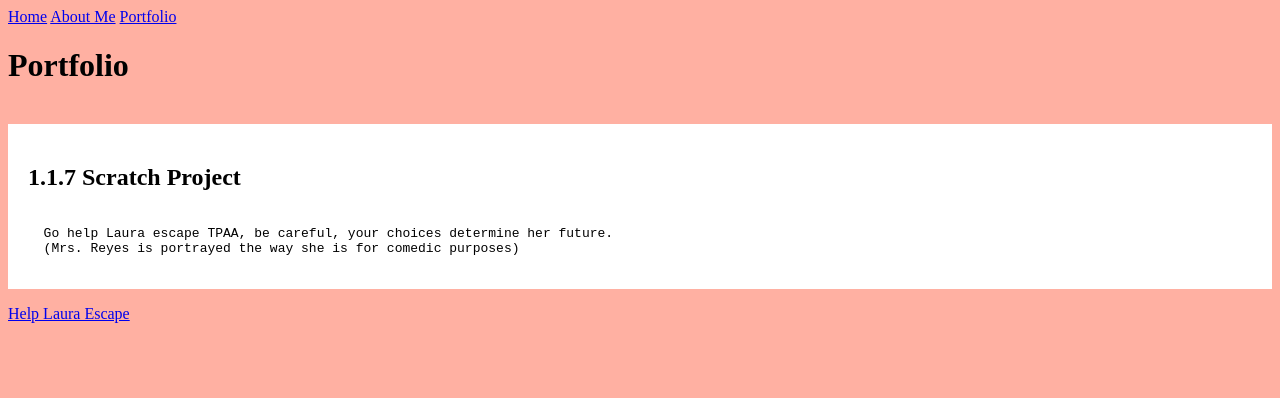
Repository: JDiaz463/JDiaz463.github.io
Page: my_website/portfolio.html
The author's editor kept a record of every edit. The page is drawn from the files as they stood at one moment, then again after the next edit.
The browser window is 1280 px wide. The pictures show the whole page.

Above is the page before.

### my_website/portfolio.html
<!doctype html>
	<html lang="en">
	  <body style="background-color:rgba(255, 99, 71, 0.5);">
	  <head>
	    <meta charset="utf-8">
	    <title>Portfolio</title>
	  </head>
	  <body>
    <a href="index.html">Home</a>
    <a href="aboutme.html">About Me</a>
    <a href="portfolio.html">Portfolio</a>
    <h1>Portfolio</h1>
    <br>
    <div style="background-color:white;color:black;padding:20px;">
  <h2>1.1.7 Scratch Project</h2>
  <pre>
  Go help Laura escape TPAA, be careful, your choices determine her future.
  (Mrs. Reyes is portrayed the way she is for comedic purposes)</pre>
</div>
    </a>
    <p><a href="https://scratch.mit.edu/projects/327037990">Help Laura Escape</a></p>
	  </body>
	</html>

After the next edit:
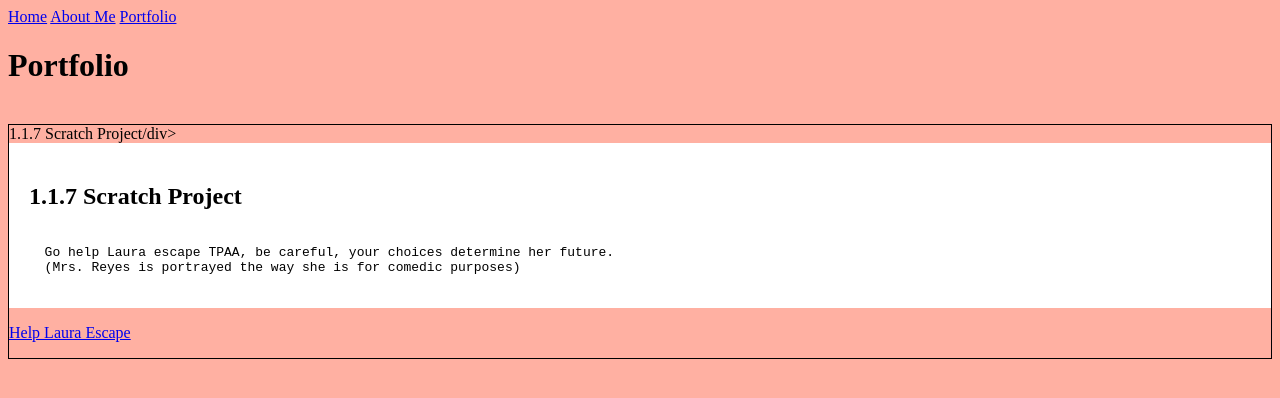
The edit:
--- a/my_website/portfolio.html
+++ b/my_website/portfolio.html
@@ -11,6 +11,7 @@
     <a href="portfolio.html">Portfolio</a>
     <h1>Portfolio</h1>
     <br>
+   <div style="border: 1px solid black">1.1.7 Scratch Project/div>
     <div style="background-color:white;color:black;padding:20px;">
   <h2>1.1.7 Scratch Project</h2>
   <pre>
